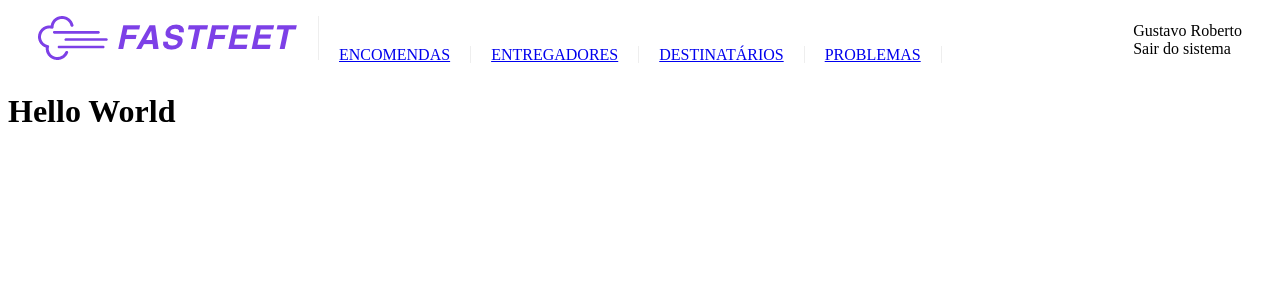
Repository: guuhx97/fastfeet
Page: / (app in frontend/)
The author's editor kept a copy of each file at every save. The page is drawn from the files as they stood at one save, then again after the next save.
The browser window is 1280 px wide. The pictures show the whole page.
The project was rebuilt for these pictures with package versions that can differ from the ones it lists, and the page was loaded fresh each time.

Above is the page before, as saved 2020-06-26 15:08:22.

### frontend/src/App.js
import React from 'react';

import Header from './components/Header';

function App() {
  return (
    <>
      <Header />
      <h1>Hello World</h1>
    </>
  );
}

export default App;

### frontend/src/components/Header/index.js
import React from 'react';
import { Link } from 'react-router-dom';

import { Container, Content, Profile, User, Logout } from './styles';
import logo from '../../assets/fastfeet-logo.png'
function Header() {
  return (
    <Container>
      <Content>
        <nav>
          <img src={logo} alt="FastFeet"/>
          <a href="/encomenda">ENCOMENDAS</a>
          <a href="/encomenda">ENTREGADORES</a>
          <a href="/encomenda">DESTINATÁRIOS</a>
          <a href="/encomenda">PROBLEMAS</a>
        </nav>
        <aside>
          <Profile>
            <User>Gustavo Roberto</User>
            <Logout>Sair do sistema</Logout>
          </Profile>
        </aside>
      </Content>
    </Container>
  );
}

export default Header;

### frontend/src/components/Header/styles.js
import styled from 'styled-components';

export const Container = styled.div`
  background: #fff;
  padding: 0 30px;
`;

export const Content = styled.div`
  height: 64px;
  width: 100%;
  margin: 0 auto;
  display: flex;
  justify-content: space-between;
  align-items: center;

  img {
    margin-right: 20px;
    padding-right: 20px;
    border-right: 1px solid #eee;
  }

  a {
    margin-right: 20px;
    padding-right: 20px;
    border-right: 1px solid #eee;
  }
`;

export const Profile = styled.div`

`;

export const User = styled.div`

`;

export const Logout = styled.div`

`;

Loaded but not shown: frontend/public/index.html (common file); frontend/src/index.js (common file)

After the next save:
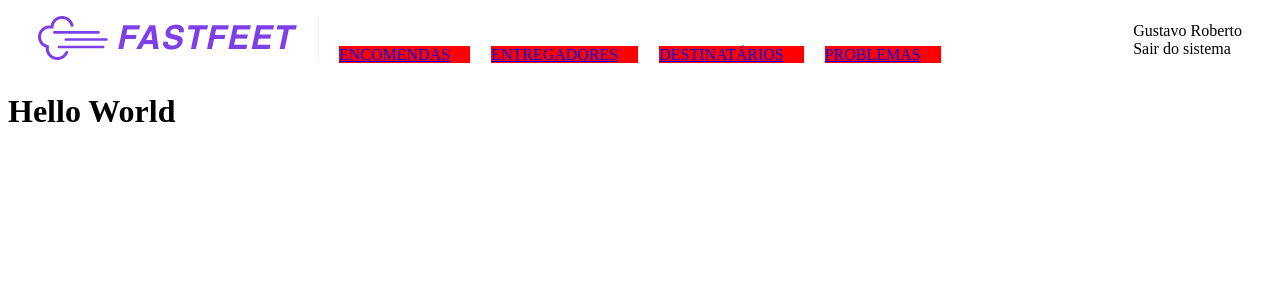
Saved 8 s later.
--- a/frontend/src/components/Header/styles.js
+++ b/frontend/src/components/Header/styles.js
@@ -20,6 +20,7 @@ export const Content = styled.div`
   }
 
   a {
+    background:red;
     margin-right: 20px;
     padding-right: 20px;
     border-right: 1px solid #eee;
